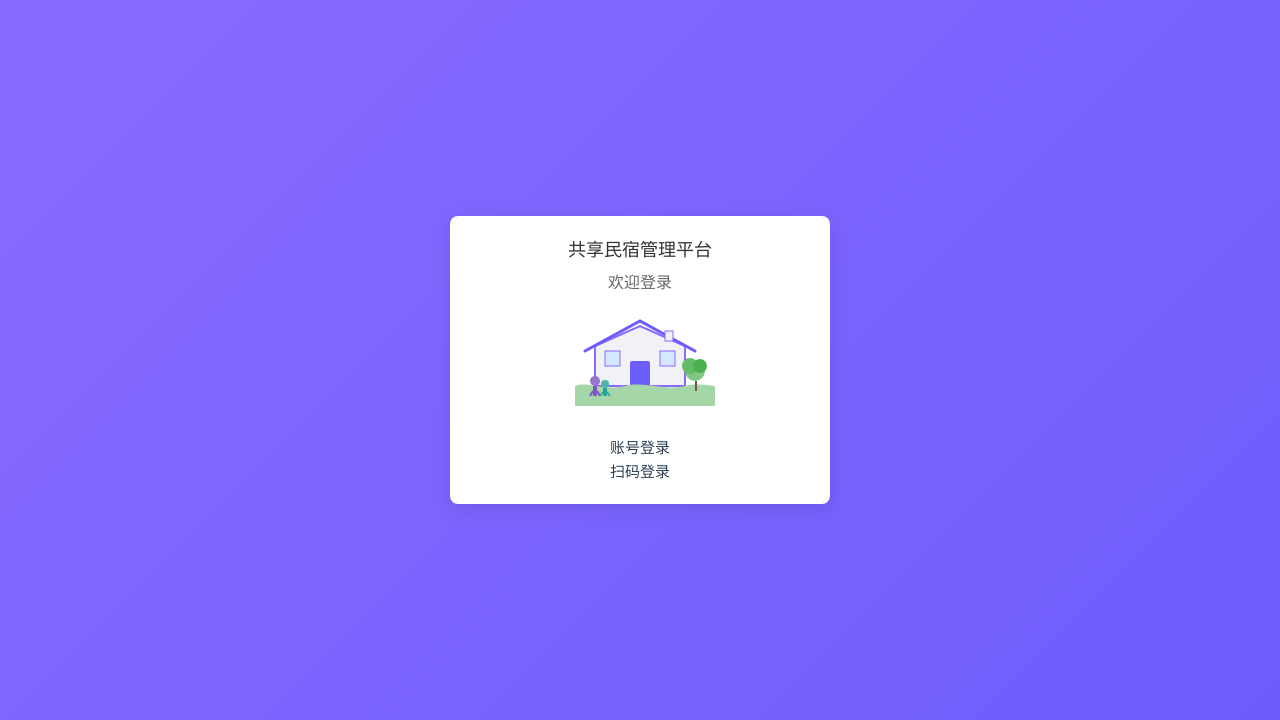
Repository: wuyuwuqi/admin_front
Page: /
An editor plug-in stored every save of this project. The page is shown before and after the next save, followed by the edit.
The browser window is 1280 px wide. The pictures show the whole page.
The project was rebuilt for these pictures with package versions that can differ from the ones it lists, and the page was loaded fresh each time. Also part of the build but not shown: vite.config.js, src/components/HelloWorld.vue, src/components/WelcomeItem.vue, src/components/icons/IconDocumentation.vue, src/components/icons/IconTooling.vue, src/components/icons/IconEcosystem.vue, src/components/icons/IconCommunity.vue, src/components/icons/IconSupport.vue and 1 more.

Above is the page before, as saved 2025-03-25 19:29:41.

After the next save:
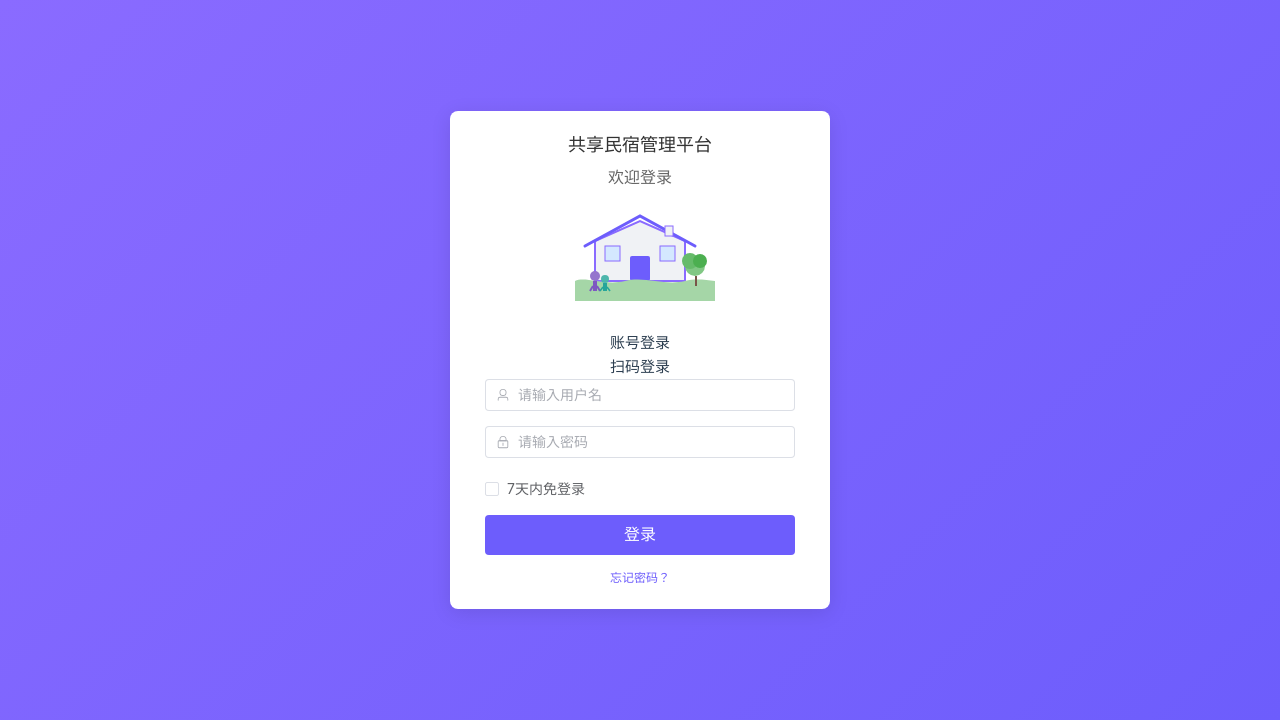
Saved 4 s later.
--- a/src/views/Login.vue
+++ b/src/views/Login.vue
@@ -65,8 +65,10 @@
 <script setup>
 import { ref } from 'vue'
 import { useRouter } from 'vue-router'
+import { Picture } from '@element-plus/icons-vue'
 
 const router = useRouter()
+const activeTab = ref('account')
 
 const loginForm = ref({
   username: '',
